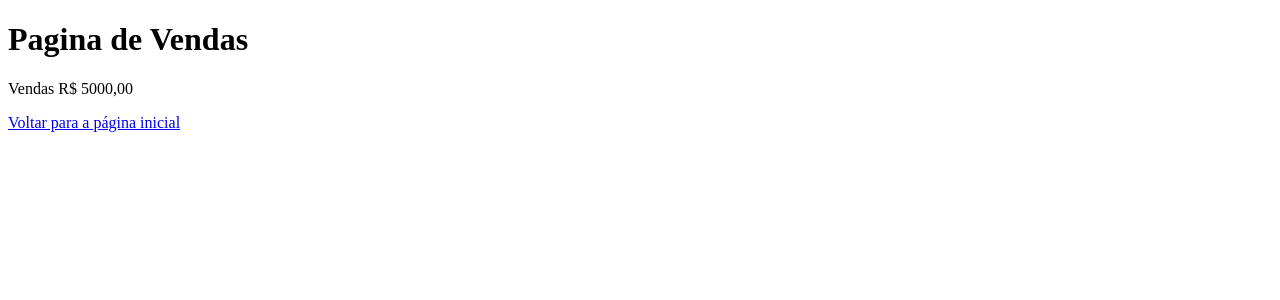
Repository: KarinaLopesDev/aulagithub
Page: Blog.html
These files come from the project's save history. The page is drawn as it stood at one moment and after the next save; the edit follows.
The browser window is 1280 px wide. The pictures show the whole page.

Above is the page before, as saved 2023-04-07 15:23:12.

### Blog.html
<!DOCTYPE html>
<html lang="en">
<head>
    <meta charset="UTF-8">
    <meta http-equiv="X-UA-Compatible" content="IE=edge">
    <meta name="viewport" content="width=device-width, initial-scale=1.0">
    <title>Document</title>
</head>
<body>
    <h1>Pagina de Vendas</h1>
    <p>Vendas R$ 5000,00 <p></p>
    <a href="index.html">Voltar para a página inicial</a>
</body>
</html>

After the next save:
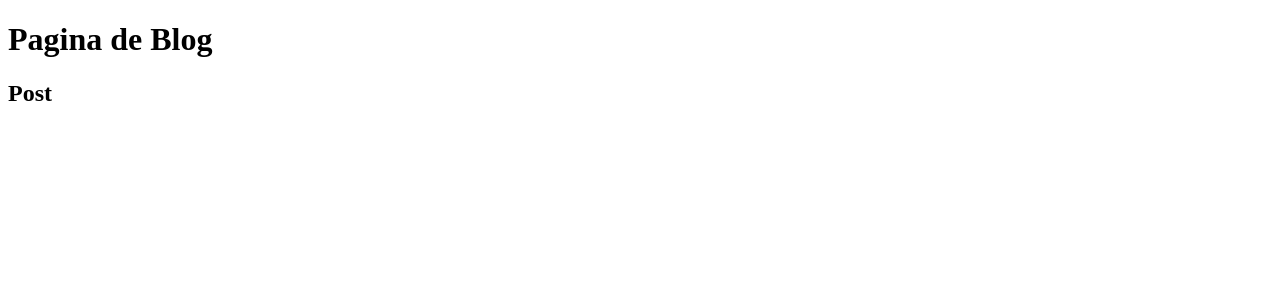
Saved 3 min 50 s later.
--- a/Blog.html
+++ b/Blog.html
@@ -7,8 +7,9 @@
     <title>Document</title>
 </head>
 <body>
-    <h1>Pagina de Vendas</h1>
-    <p>Vendas R$ 5000,00 <p></p>
-    <a href="index.html">Voltar para a página inicial</a>
+    <h1>Pagina de Blog</h1>
+    <h2>Post</h2>
+
+
 </body>
 </html>
